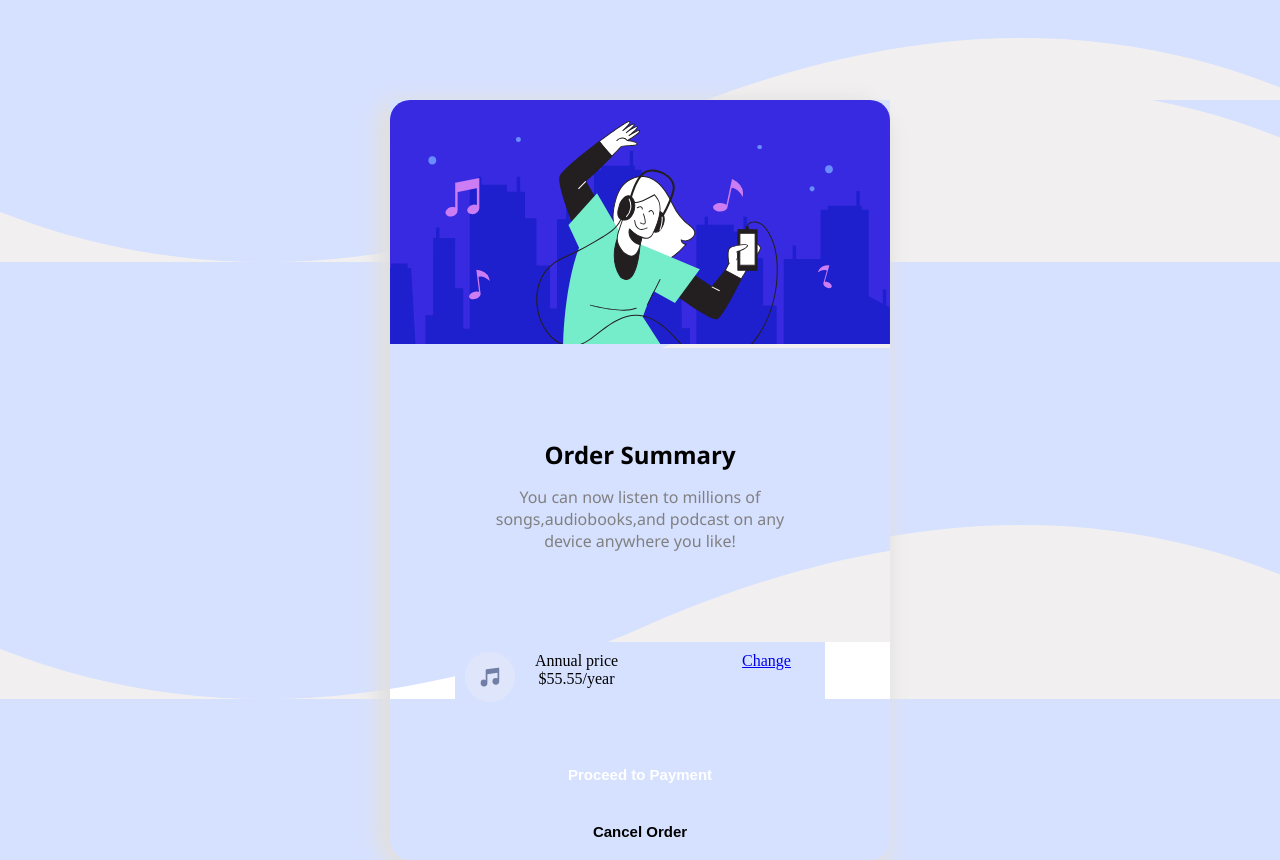
Repository: Eugene44-hub/newbie-project
Page: index.html
These files come from the project's save history. The page is drawn as it stood at one moment and after the next save; the edit follows.
The browser window is 1280 px wide. The pictures show the whole page.

Above is the page before, as saved 2021-08-29 09:46:16.

### index.html
<!DOCTYPE html>
<html lang="en">

<head>
    <link rel="stylesheet" href="style.css">
    <meta charset="UTF-8">
    <meta http-equiv="X-UA-Compatible" content="IE=edge">
    <meta name="viewport" content="width=device-width, initial-scale=1.0">
    <title>Document</title>
</head>

<body>
    <div class="container">

        <div class="card-container">
            <div class="card">
                <div class="content">
                    <div class="image"> <img src="illustration-hero.svg"></div>

                    <div class="text">
                        <h2>Order Summary</h2>
                        <p>You can now listen to millions of songs,audiobooks,and podcast on any device anywhere you like!</p>
                    </div>
                    <div class="musicCard">
                        <div class=musicIcon> <img src="icon-music.svg" id="icon" alt=""></div>
                        <div class="sub">Annual price <br>$55.55/year
                        </div>
                        <div class="link">
                            <a href="#">Change</a>
                        </div>

                    </div>
                    <button id="proceed">
                        Proceed to Payment
                    </button >
                    <button id="cancel">
                        Cancel Order
                    </button>
                </div>

            </div>
        </div>

    </div>
</body>

</html>

### style.css
* {
    padding: 0;
    margin: 0;
    background-image: url('pattern-background-desktop.svg');
    background-color: rgb(241, 239, 239);
    background-position: center;
}

.container {
    background-size: cover;
    width: 100%;
}

.card-container {
    display: flex;
    justify-content: center;
    width: 100%;
    margin-top: 100px;
}

img {
    width: 100%;
    border-top-left-radius: 20px;
    border-top-right-radius: 20px;
}

.image {}

.content {
    text-align: center;
    background-color: white;
    border-radius: 20px;
    max-width: 500px;
    box-shadow: 0px 13px 20px rgb(226, 224, 224), -13px -0px 20px rgb(226, 224, 224);
}

.content::after {}

h2,
p {
    font-family: 'Segoe UI', Tahoma, Geneva, Verdana, sans-serif;
}

.text {
    padding: 90px;
}

h2 {
    margin-bottom: 15px;
}

p {
    color: grey;
}

.musicCard {
    display: flex;
    justify-content: center;
    align-content: center;
    width: 70%;
    margin: auto;
    background-color: rgb(248, 248, 247);
    padding: 10px;
    flex-wrap: wrap;
}

.link {
    flex: 10%;
    margin-left: 100px;
}

.musicIcon {
    flex: 80%;
    max-width: 50px;
    margin-right: 20px;
}

.price {
    flex: 10%;
    text-align: right;
}

button {
    width: 74%;
    padding: 20px;
    border: none;
    margin-top: 30px;
    font-size: 15px;
    font-weight: bold;
}

#cancel {
    background-color: white;
    margin-top: 0;
}

#proceed {
    background-color: rgb(3, 7, 243);
    color: white;
}

After the next save:
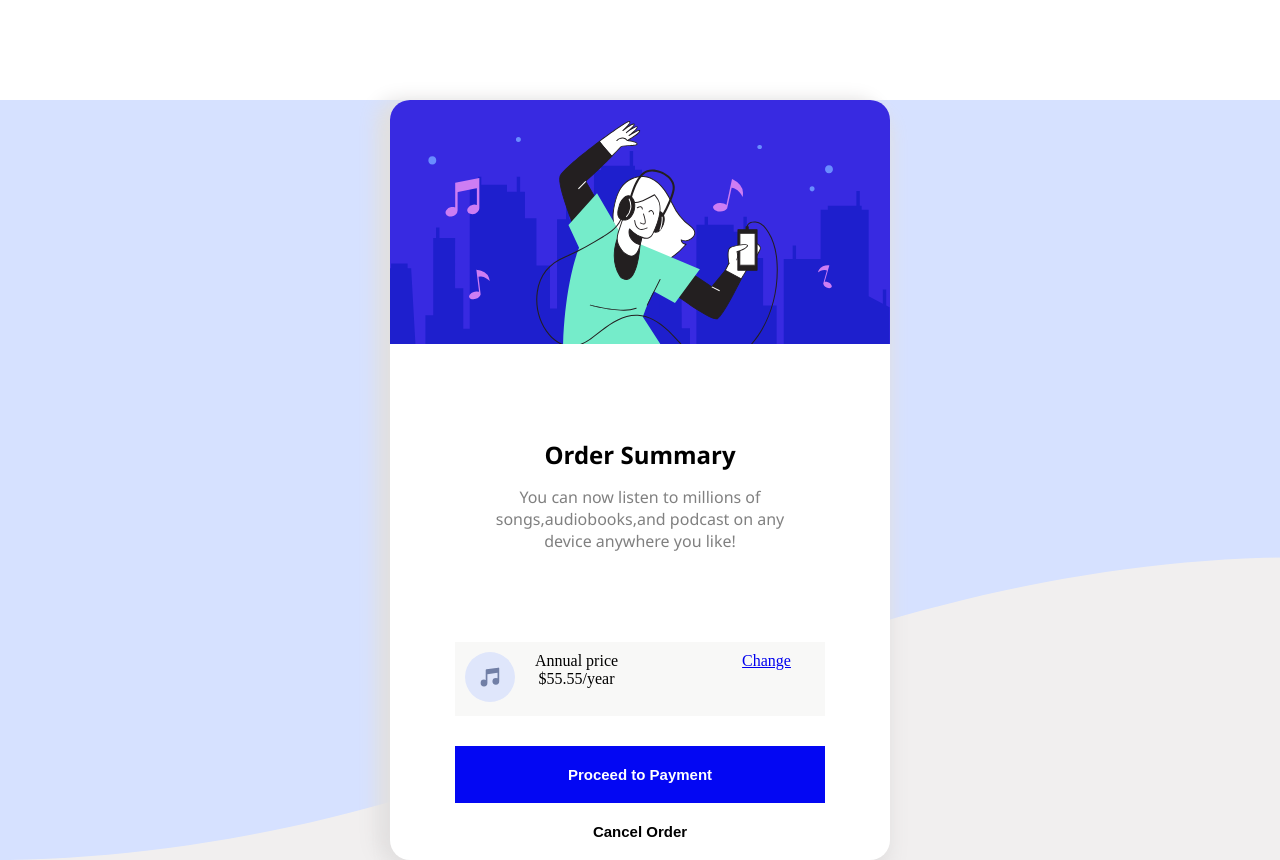
Saved 11 s later.
--- a/style.css
+++ b/style.css
@@ -1,13 +1,13 @@
 * {
     padding: 0;
     margin: 0;
-    background-image: url('pattern-background-desktop.svg');
-    background-color: rgb(241, 239, 239);
-    background-position: center;
 }
 
 .container {
+    background-image: url('pattern-background-desktop.svg');
+    background-position: center;
     background-size: cover;
+    background-color: rgb(241, 239, 239);
     width: 100%;
 }
 
